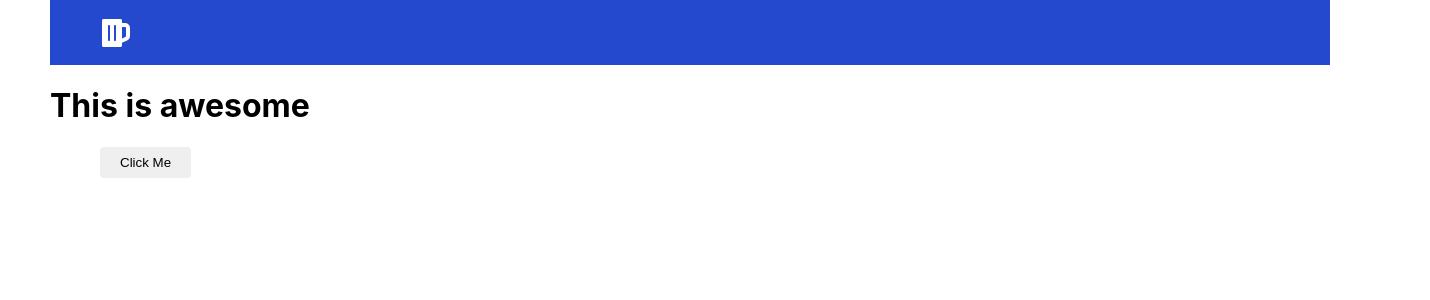
Repository: ajaygc95/Django-and-react
Page: / (app in galamart_sell/reactfrontend/)
An editor plug-in stored every save of this project. The page is shown before and after the next save, followed by the edit.
The browser window is 1280 px wide. The page is 1430 px wide, then 1280 px, then 1430 px, so the pictures cover 1430 px, including what lies to the right of the window. The pictures show the whole page.
The project was rebuilt for these pictures with package versions that can differ from the ones it lists, and the page was loaded fresh each time. Also part of the build but not shown: galamart_sell/reactfrontend/src/components/Button.js, galamart_sell/reactfrontend/src/components/About.js, galamart_sell/reactfrontend/src/components/Shop.css, galamart_sell/reactfrontend/src/components/Shop.js, galamart_sell/reactfrontend/src/components/ItemDetail.js.

Above is the page before, as saved 2021-04-07 11:02:40.

After the next save:
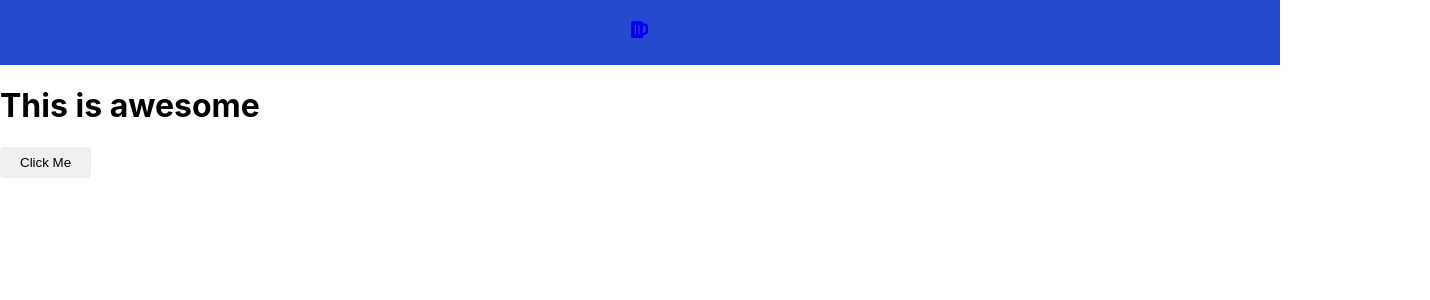
Saved 23 s later.
--- a/galamart_sell/reactfrontend/src/components/Nav.css
+++ b/galamart_sell/reactfrontend/src/components/Nav.css
@@ -10,7 +10,7 @@
   z-index: 999;
 }
 
-.navbar-container {
+/* .navbar-container {
   display: flex;
   justify-content: space-between;
   height: 80px;
@@ -150,4 +150,4 @@
     width: 100%;
     height: 120px;
   }
-}
+} */

After the 6 saves that followed:
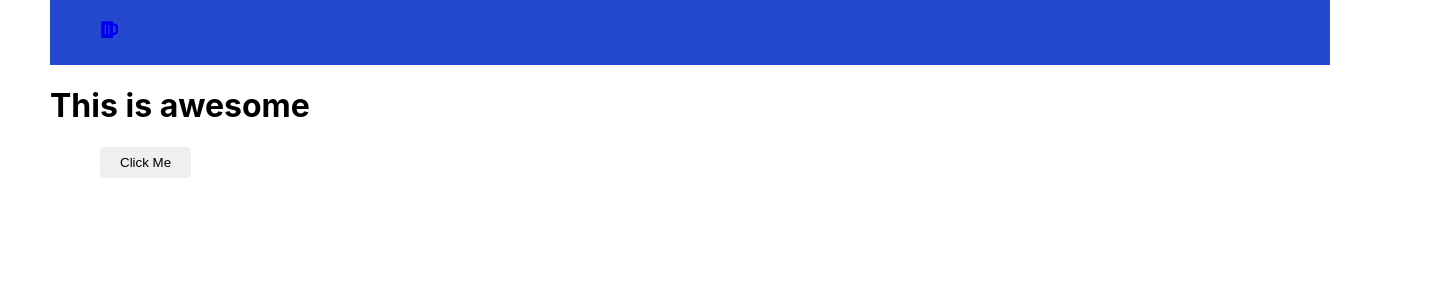
The 6 saves are shown as one change because 1 left the picture as it was and some came seconds apart.
The last was saved 39 s later.
--- a/galamart_sell/reactfrontend/src/components/Nav.css
+++ b/galamart_sell/reactfrontend/src/components/Nav.css
@@ -10,12 +10,6 @@
   z-index: 999;
 }
 
-/* .navbar-container {
-  display: flex;
-  justify-content: space-between;
-  height: 80px;
-}
-
 .container {
   z-index: 1;
   width: 100%;
@@ -25,6 +19,14 @@
   padding-right: 50px;
   padding-left: 50px;
 }
+
+/* .navbar-container {
+  display: flex;
+  justify-content: space-between;
+  height: 80px;
+}
+
+
 
 .navbar-logo {
   color: #fff;
